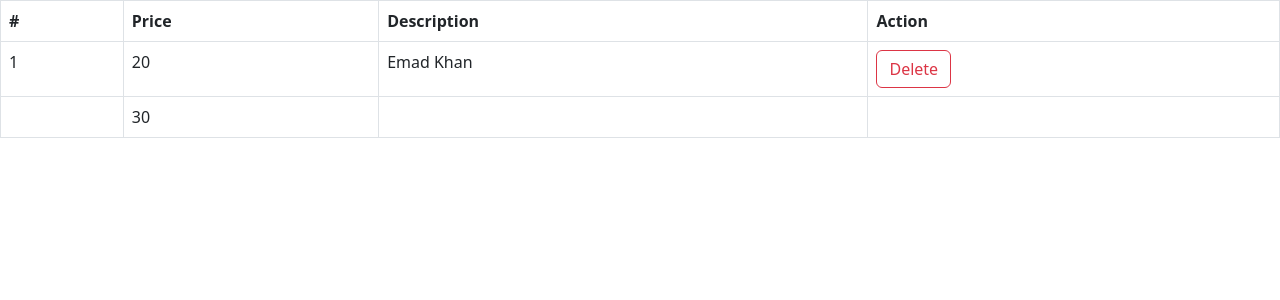
Repository: Emadkhanqai/react-app-code-with-mosh-expense-tracker
Page: /
These files come from the project's save history. The page is drawn as it stood at one moment and after the next save; the edit follows.
The browser window is 1280 px wide. The pictures show the whole page.
The project was rebuilt for these pictures with package versions that can differ from the ones it lists, and the page was loaded fresh each time. Also part of the build but not shown: vite.config.ts.

Above is the page before, as saved 2023-05-01 21:32:28.

After the next save:
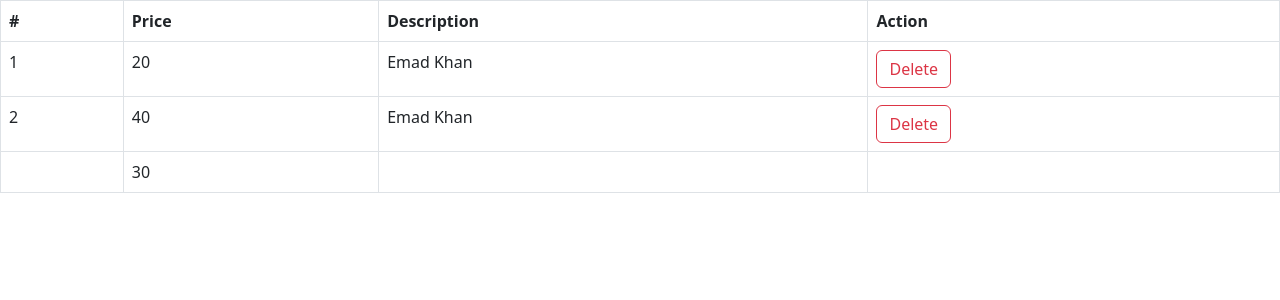
Saved 8 s later.
--- a/src/App.tsx
+++ b/src/App.tsx
@@ -9,6 +9,11 @@ function App() {
       id: 1,
       description: "Emad Khan",
       price: 20,
+    },
+    {
+      id: 2,
+      description: "Emad Khan",
+      price: 40,
     },
   ];
   return (
